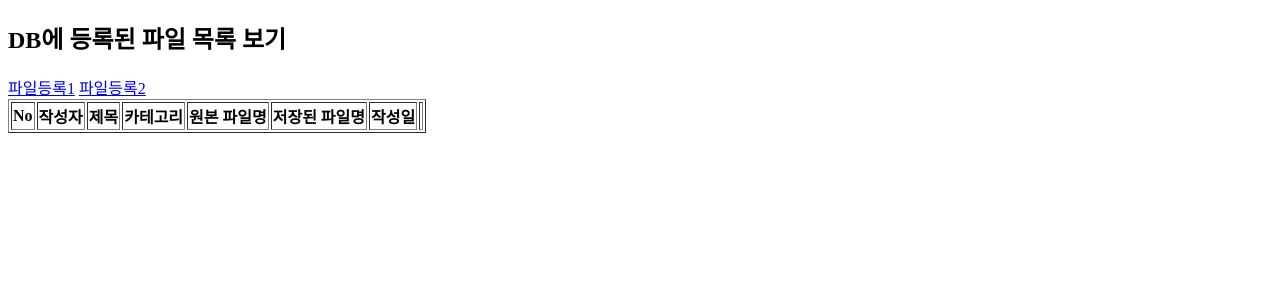
Repository: bluelessman/JSPServlet
Page: http://localhost/ServletStudy/13FileUpload/FileList.jsp
The author's editor kept a copy of each file at every save. The page is drawn from the files as they stood at one save, then again after the next save.
The browser window is 1280 px wide. The pictures show the whole page.
The page is served by Tomcat 10. Queries for data that is not in the repository find no rows.

Above is the page before, as saved 2023-12-20 06:58:04.

After the next save:
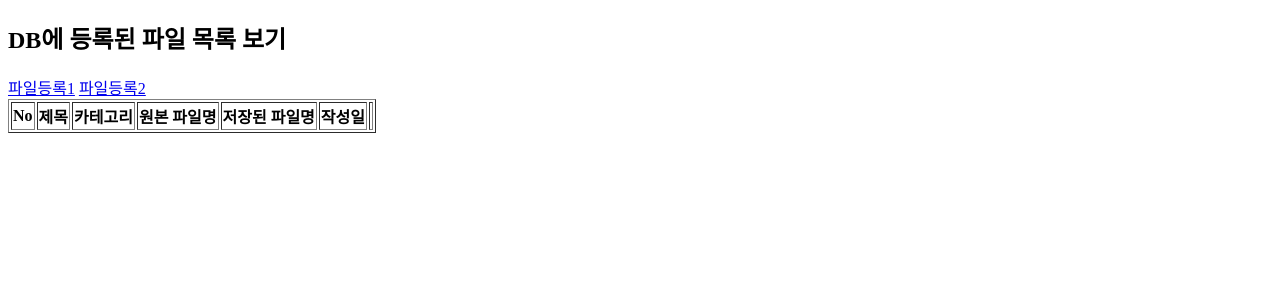
Saved 92 s later.
--- a/ServletStudy/src/main/webapp/13FileUpload/FileList.jsp
+++ b/ServletStudy/src/main/webapp/13FileUpload/FileList.jsp
@@ -22,7 +22,7 @@ dao.close();
 %>
 <table border="1">
 <tr>
-<th>No</th><th>작성자</th><th>제목</th><th>카테고리</th><th>원본 파일명</th><th>저장된 파일명</th><th>작성일</th><th></th>
+<th>No</th><th>제목</th><th>카테고리</th><th>원본 파일명</th><th>저장된 파일명</th><th>작성일</th><th></th>
 </tr>
 <% for (MyFileDTO f : fileLists){ %>
 <tr>
